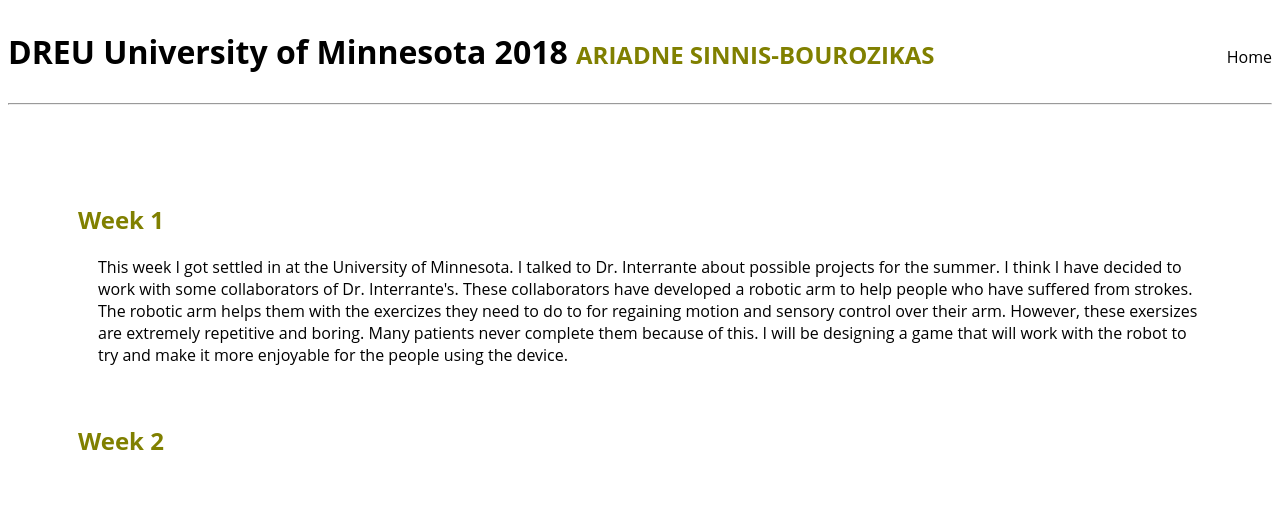
Repository: ariadnesb/dreu2018
Page: journal.html
The author's editor kept a record of every edit. The page is drawn from the files as they stood at one moment, then again after the next edit.
The browser window is 1280 px wide. The pictures show the whole page.

Above is the page before.

### journal.html
<!DOCTYPE html>
<html>
    <head>
        <title>It's me</title>
        <link rel="stylesheet" href="styles.css">
        <link href="https://fonts.googleapis.com/css?family=Roboto" rel="stylesheet">
    </head>
</html>

<body>
    <div id="header">
        <br>
        <h1>DREU University of Minnesota 2018 </h1>
        <h2>ARIADNE SINNIS-BOUROZIKAS</h2>

        <ul class="nav-bar">
            <li><a href="./index.html">Home</a></li>
        </ul>
         <br>
        <br>
        <hr>

    </div>


    <div id = "journal">
        <h2> Week 1 </h2>
        <p>
            This week I got settled in at the University of Minnesota. I talked to
            Dr. Interrante about possible projects for the summer. I think I have
            decided to work with some collaborators of Dr. Interrante's. These collaborators
            have developed a robotic arm to help people who have suffered from strokes. The
            robotic arm helps them with the exercizes they need to do to for regaining motion
            and sensory control over their arm. However, these exersizes are extremely
            repetitive and boring. Many patients never complete them because of this.
            I will be designing a game that will work with the robot
            to try and make it more enjoyable for the people using the device.

        </p>
        <br><h2> Week 2 </h2>
    </div>


</body>

### styles.css
html {
  /* everything that u put here will impact contents of <html>
  aka everything */
  font-family: 'Open Sans', sans-serif;
  background-color: offwhite;

}

#custom-id {
    background-color: black;
    color: white;
}

.custom-class{
    color: blue;
    display: inline;

}

#name {
    color: #66D167;
}

#header h1 {
    display: inline;
}

#header h2 {
    display: inline;
    color: olive;
}

#header .nav-bar  {
    display: inline;
    float: right;
    list-style-type: none;

}

#header li {
    display: inline;
    padding: 0;
    background-color: none;
}

 a {
    text-decoration: none;
    display: inline;
    color: black;

}

 a:hover {
    background-color: olive;
    display: inline;
    color:white;
}

#emb_link {
    text-decoration: underline;
}

#journal {
    display:inline-block;
    margin: 70px;
}

#journal h2 {
    color: olive;
}

#journal p{
    margin-left: 20px;
}

#paragraph {
    margin: 70px;
}

After the next edit:
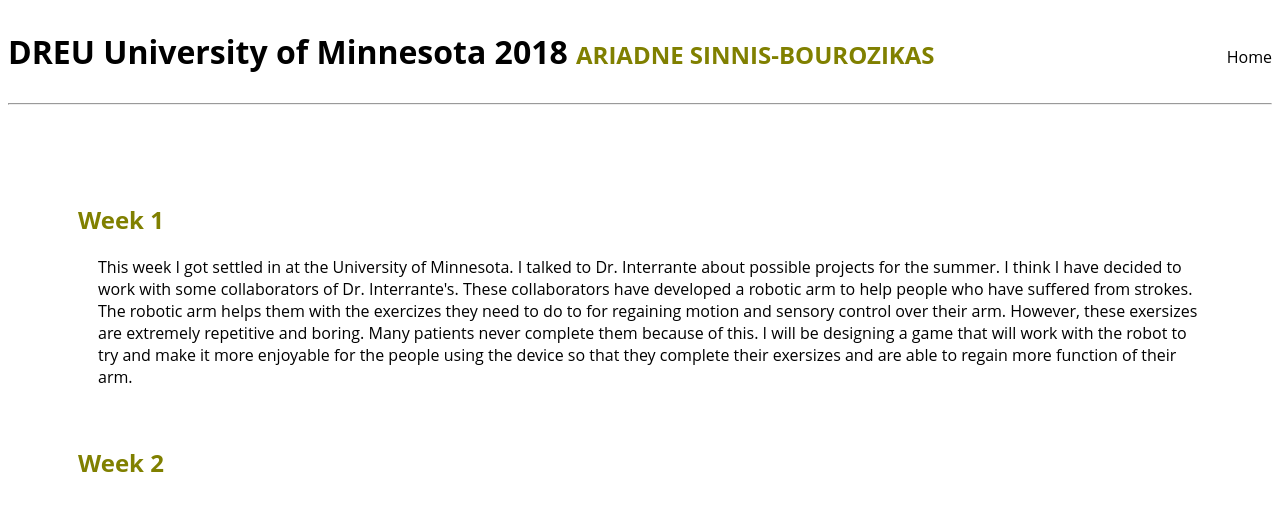
The edit:
--- a/journal.html
+++ b/journal.html
@@ -34,7 +34,8 @@
             and sensory control over their arm. However, these exersizes are extremely
             repetitive and boring. Many patients never complete them because of this.
             I will be designing a game that will work with the robot
-            to try and make it more enjoyable for the people using the device.
+            to try and make it more enjoyable for the people using the device so that they
+            complete their exersizes and are able to regain more function of their arm.
 
         </p>
         <br><h2> Week 2 </h2>
